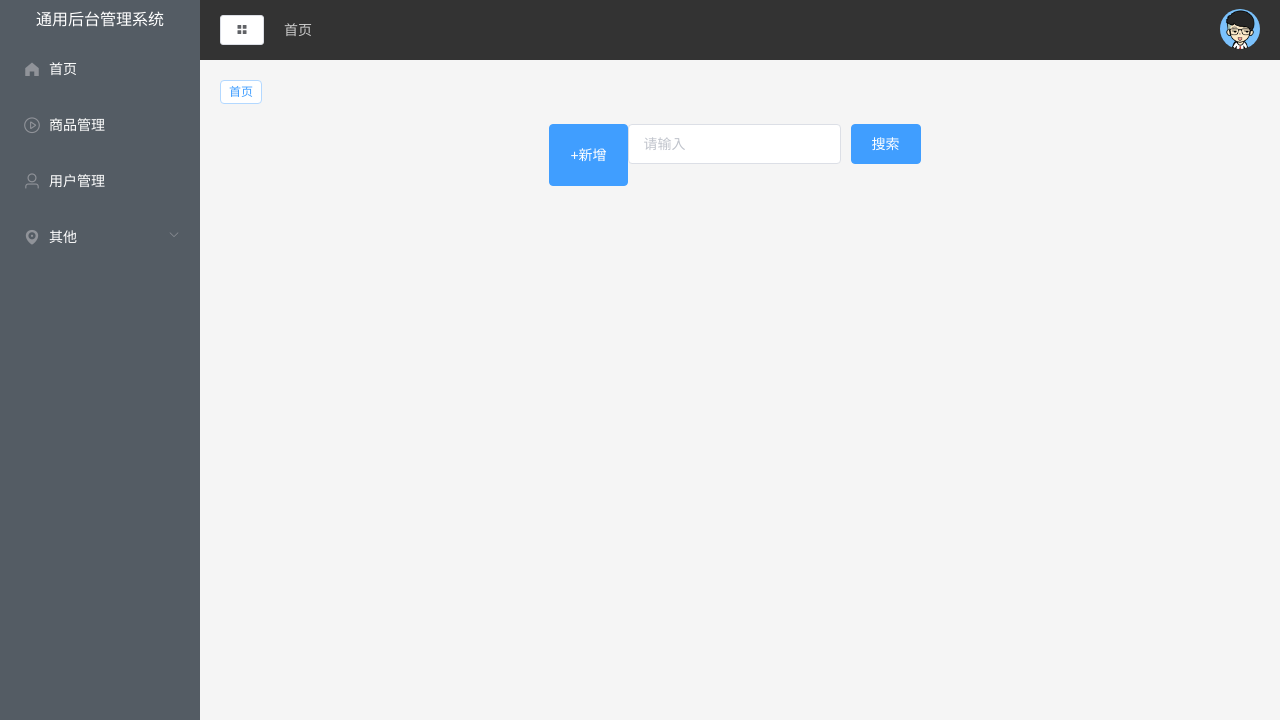
Repository: erwtt/git-demo
Page: /user (app in 后台管理系统/)
The author's editor kept a copy of each file at every save. The page is drawn from the files as they stood at one save, then again after the next save.
The browser window is 1280 px wide. The pictures show the whole page.
The project was rebuilt for these pictures with package versions that can differ from the ones it lists, and the page was loaded fresh each time. Also part of the build but not shown: 后台管理系统/vue.config.js.

Above is the page before, as saved 2022-05-15 23:17:59.

### 后台管理系统/src/main.js
import Vue from 'vue'
import App from './App.vue'
import{Container,Main,Header,Aside} from 'element-ui'
import ElementUI from 'element-ui';
import 'element-ui/lib/theme-chalk/index.css';
import router from './router'
import './assets/less/index.less'
import store from './store'
import http from 'axios'
import '../api/mock.js'
import echarts from 'echarts'
Vue.prototype.$echarts = echarts

Vue.config.productionTip = false
Vue.use(ElementUI)
// Vue.use(Container)
// Vue.use(Main)
// Vue.use(Header)
// Vue.use(Aside)
Vue.prototype.$http = http

new Vue({
  router,
  store,
  render: h => h(App),
}).$mount('#app')

### 后台管理系统/src/App.vue
<template>
  <div>
    <router-view></router-view>
  </div>
</template>

<script>

export default {
  name:'app',

}

</script>

<style>
  html,body{
    margin:0;
    padding: 0;
  }
</style>

### 后台管理系统/src/router/index.js
import Vue from 'vue'
import VueRouter from 'vue-router'
import Main from '../views/main.vue'

Vue.use(VueRouter)
const routes = [{
    path:'/',
    name:'Main',
    component:Main,
    children:[
        {
            path:'/home',
            name:'home',
            component:() => import('../views/home')
        },
        {
            path:'/user',
            name:'user',
            component:() => import('../views/user')
        },
        {
            path:'/mall',
            name:'mall',
            component:() => import('../views/mall')
        },
        {
            path:'/page1',
            name:'page1',
            component:() => import('../views/other/page1')
        },
        {
            path:'/page2',
            name:'page2',
            component:() => import('../views/other/page2')
        }
    ]
}]

export default new VueRouter({
    mode:'history',
    routes
})

### 后台管理系统/src/store/index.js
import Vue from 'vue'
import Vuex from 'vuex'
import tab from './tab'
Vue.use(Vuex)


export default new Vuex.Store({
    modules:{
        tab
    }
})

### 后台管理系统/api/mock.js
import Mock from 'mockjs'
import homeApi from './mockServeData/home.js'
import userApi from './mockServeData/user'

Mock.mock('/home/getData',homeApi.getStatisticalData)
Mock.mock(/user\/add/,'post',userApi.createUser)
Mock.mock(/user\/edit/,'post',userApi.updateUser)

### 后台管理系统/src/views/main.vue
<template>
  <el-container style="height: 100%">
    <el-aside width="auto">
      <common-aside></common-aside>
    </el-aside>
    <el-container>
      <el-header>
        <common-header></common-header>
      </el-header>
      <common-tag></common-tag>
      <el-main>
        <router-view></router-view>
      </el-main>
    </el-container>
  </el-container>

</template>

<script>
//import CommonHeaderVue from '@/components/CommonHeader.vue'
//import { component } from 'vue/types/umd'
import CommonAside from '../components/CommonAside.vue'
import CommonHeader from '../components/CommonHeader.vue'
import CommonTag from '../components/CommonTag.vue'
export default {
  name:'Home',
  data(){
    return{

    }
  },
  components:{
    CommonAside,
    CommonHeader,
    CommonTag
  }
}
</script>

<style lang='less' scoped>
  .el-header{
    background: #333;
  }
  .el-main{
    padding: 0;
  }
</style>

### 后台管理系统/src/views/user/index.vue
<template>
  <div class="manage">
     <el-dialog
        :title="operateType === 'add' ? '新增用户' : '更新用户'"
        :visible.sync="isShow"
      >
        <common-form
            :formLabel="operateFormLabel"
            :form="operateForm"
            :inline="true"
            ref="form"
        ></common-form>
        <div slot="footer" class="dialog-footer">
            <el-button @click="isShow = false">取消</el-button>
            <el-button type="primary" @click="confirm">确定</el-button>
        </div>
        </el-dialog>
        <div class="manage-header">
            <el-button type="primary" @click="addUser">+新增</el-button>
             <common-form
            :formLabel="formLabel"
            :form="searchForm"
            :inline="true"
            ref="form"
        >
            <el-button type="primary" @click="getList" >搜索</el-button>
        </common-form>
        </div>

  </div>
</template>

<script>
import CommonForm from '../../components/CommonForm.vue'
export default {
    name:'User',
    components:{
        CommonForm
    },
    data(){
        return{
            operateType:'add',
            isShow:false,
            operateFormLabel: [
                    {
                        model: 'name',
                        label: '姓名',
                        type: 'input'
                    },
                    {
                        model: 'age',
                        label: '年龄',
                        type: 'input'
                    },
                    {
                        model: 'sex',
                        label: '性别',
                        type: 'select',
                        opts: [
                            {
                                label: '男',
                                value: 1
                            },
                            {
                                label: '女',
                                value: 0
                            }
                        ]
                    },
                    {
                        model: 'birth',
                        label: '出生日期',
                        type: 'date'
                    },
                    {
                        model: 'addr',
                        label: '地址',
                        type: 'input'
                    }
                ],
                operateForm:{
                    name:'',
                    addr:'',
                    age:'',
                    birth:'',
                    sex:''
                },
                formLabel:[{
                    model:'keyword',
                    label:'',
                    type:'input'
                }],
                searchForm:{
                    keyword:''
                }
        }
    },
    methods: {
        confirm(){
            if(this.operateType === 'edit'){
                this.$http.post('/user/edit',this.operateForm).then(res =>{
                    this.isShow = false
                    console.log(res)
                })
            }
            else{
                this.$http.post('/user.add', this.operateForm).then(res => {
                    this.isShow = false
                     console.log(res)
                })
            }
        },
        addUser(){
            this.isShow = true;
            this.operateType = 'add'
            this.operateForm={
                    name:'',
                    addr:'',
                    age:'',
                    birth:'',
                    sex:''
            }
        },
        getList(){

        }
    },

}
</script>

<style lang="less" scoped>
.manage-header{
    display:flex;
    justify-content:center ;
}

</style>

### 后台管理系统/src/assets/less/home.less
.home {
    .user {
      display: flex;
      align-items: center;
      padding-bottom: 20px;
      margin-bottom: 20px;
      border-bottom: 1px solid #ccc;
      img {
        width: 150px;
        height: 150px;
        border-radius: 50%;
        margin-right: 40px;
      }
      &info {
        .name {
          font-size: 32px;
          margin-bottom: 10px;
        }
        .access {
          color: #999999;
        }
      }
    }
    .login-info {
      p {
        line-height: 28px;
        font-size: 14px;
        color: #999999;
        span {
          color: #666666;
          margin-left: 60px;
        }
      }
    }
    .num {
      display: flex;
      flex-wrap: wrap;
      justify-content: space-between;
      .el-card {
        width: 32%;
        margin-bottom: 20px;
      }
      .icon {
        font-size: 30px;
        width: 80px;
        height: 60px;
        text-align: center;
        line-height: 60px;
        color: #fff;
      }
      .detail {
        margin-left: 15px;
        display: flex;
        flex-direction: column;
        justify-content: center;
        .num {
          font-size: 30px;
          margin-bottom: 10px;
        }
        .txt {
          font-size: 14px;
          text-align: center;
          color: #999999;
        }
      }
    }
    .graph {
      margin-top: 20px;
      display: flex;
      justify-content: space-between;
      .el-card {
        width: 48%;
      }
    }
  }

### 后台管理系统/src/store/tab.js
//import request from '@/api'

export default{
    namespaced:true,
    state:{
        isCollapse: false,
        tabsList:[
            {
                path:'/home',
                name:'home',
                label:'首页',
                icon:'home'
            }
        ],
        currentMenu: null,
        login: {}
    },
    mutations:{
        collapseMenu(state){
            state.isCollapse = !state.isCollapse
        },
        selectMenu(state, val){
            if(val.name != 'home'){
                state.currentMenu = val
                const result = state.tabsList.findIndex(item => item.name === val.name)
                if(result === -1)
                    state.tabsList.push(val)
            }
            else{
                state.currentMenu = null
            }
        },
        closeTag(state, val){
            const result = state.tabsList.findIndex(item => item.name === val.name)
            if(result !== -1){
                state.tabsList.splice(result,1)
            }
        },
        // login(state, res){
        //     state.login = res
        // }
    },
    // actions:{
    //     login({commit}){
    //         request.login().then((res)=>{
    //             commit('login', res)
    //         })

    //     }
    // }
}

### 后台管理系统/api/mockServeData/home.js
// mock数据模拟
import Mock from 'mockjs'

// 图表数据
let List = []
export default {
  getStatisticalData: () => {
    //Mock.Random.float 产生随机数100到8000之间 保留小数 最小0位 最大0位
    for (let i = 0; i < 7; i++) {
      List.push(
        Mock.mock({
          苹果: Mock.Random.float(100, 8000, 0, 0),
          vivo: Mock.Random.float(100, 8000, 0, 0),
          oppo: Mock.Random.float(100, 8000, 0, 0),
          魅族: Mock.Random.float(100, 8000, 0, 0),
          三星: Mock.Random.float(100, 8000, 0, 0),
          小米: Mock.Random.float(100, 8000, 0, 0)
        })
      )
    }
    return {
      code: 20000,
      data: {
        // 饼图
        videoData: [
          {
            name: '小米',
            value: 2999
          },
          {
            name: '苹果',
            value: 5999
          },
          {
            name: 'vivo',
            value: 1500
          },
          {
            name: 'oppo',
            value: 1999
          },
          {
            name: '魅族',
            value: 2200
          },
          {
            name: '三星',
            value: 4500
          }
        ],
        // 柱状图
        userData: [
          {
            date: '周一',
            new: 5,
            active: 200
          },
          {
            date: '周二',
            new: 10,
            active: 500
          },
          {
            date: '周三',
            new: 12,
            active: 550
          },
          {
            date: '周四',
            new: 60,
            active: 800
          },
          {
            date: '周五',
            new: 65,
            active: 550
          },
          {
            date: '周六',
            new: 53,
            active: 770
          },
          {
            date: '周日',
            new: 33,
            active: 170
          }
        ],
        // 折线图
        orderData: {
          date: ['20191001', '20191002', '20191003', '20191004', '20191005', '20191006', '20191007'],
          data: List
        },
        tableData: [
          {
            name: 'oppo',
            todayBuy: 500,
            monthBuy: 3500,
            totalBuy: 22000
          },
          {
            name: 'vivo',
            todayBuy: 300,
            monthBuy: 2200,
            totalBuy: 24000
          },
          {
            name: '苹果',
            todayBuy: 800,
            monthBuy: 4500,
            totalBuy: 65000
          },
          {
            name: '小米',
            todayBuy: 1200,
            monthBuy: 6500,
            totalBuy: 45000
          },
          {
            name: '三星',
            todayBuy: 300,
            monthBuy: 2000,
            totalBuy: 34000
          },
          {
            name: '魅族',
            todayBuy: 350,
            monthBuy: 3000,
            totalBuy: 22000
          }
        ]
      }
    }
  }
}

### 后台管理系统/api/mockServeData/user.js
import Mock from 'mockjs'

// get请求从config.url获取参数，post从config.body中获取参数
function param2Obj (url) {
  const search = url.split('?')[1]
  if (!search) {
    return {}
  }
  return JSON.parse(
    '{"' +
    decodeURIComponent(search)
      .replace(/"/g, '\\"')
      .replace(/&/g, '","')
      .replace(/=/g, '":"') +
    '"}'
  )
}

let List = []
const count = 200

for (let i = 0; i < count; i++) {
  List.push(
    Mock.mock({
      id: Mock.Random.guid(),
      name: Mock.Random.cname(),
      addr: Mock.mock('@county(true)'),
      'age|18-60': 1,
      birth: Mock.Random.date(),
      sex: Mock.Random.integer(0, 1)
    })
  )
}

export default {
  /**
   * 获取列表
   * 要带参数 name, page, limt; name可以不填, page,limit有默认值。
   * @param name, page, limit
   * @return {{code: number, count: number, data: *[]}}
   */
  getUserList: config => {
    const { name, page = 1, limit = 20 } = param2Obj(config.url)
    console.log('name:' + name, 'page:' + page, '分页大小limit:' + limit)
    const mockList = List.filter(user => {
      if (name && user.name.indexOf(name) === -1 && user.addr.indexOf(name) === -1) return false
      return true
    })
    const pageList = mockList.filter((item, index) => index < limit * page && index >= limit * (page - 1))
    return {
      code: 20000,
      count: mockList.length,
      list: pageList
    }
  },
  /**
   * 增加用户
   * @param name, addr, age, birth, sex
   * @return {{code: number, data: {message: string}}}
   */
  createUser: config => {
    const { name, addr, age, birth, sex } = JSON.parse(config.body)
    console.log(JSON.parse(config.body))
    List.unshift({
      id: Mock.Random.guid(),
      name: name,
      addr: addr,
      age: age,
      birth: birth,
      sex: sex
    })
    return {
      code: 20000,
      data: {
        message: '添加成功'
      }
    }
  },
  /**
   * 删除用户
   * @param id
   * @return {*}
   */
  deleteUser: config => {
    const { id } = param2Obj(config.url)
    if (!id) {
      return {
        code: -999,
        message: '参数不正确'
      }
    } else {
      List = List.filter(u => u.id !== id)
      return {
        code: 20000,
        message: '删除成功'
      }
    }
  },
  /**
   * 批量删除
   * @param config
   * @return {{code: number, data: {message: string}}}
   */
  batchremove: config => {
    let { ids } = param2Obj(config.url)
    ids = ids.split(',')
    List = List.filter(u => !ids.includes(u.id))
    return {
      code: 20000,
      data: {
        message: '批量删除成功'
      }
    }
  },
  /**
   * 修改用户
   * @param id, name, addr, age, birth, sex
   * @return {{code: number, data: {message: string}}}
   */
  updateUser: config => {
    const { id, name, addr, age, birth, sex } = JSON.parse(config.body)
    const sex_num = parseInt(sex)
    List.some(u => {
      if (u.id === id) {
        u.name = name
        u.addr = addr
        u.age = age
        u.birth = birth
        u.sex = sex_num
        return true
      }
    })
    return {
      code: 20000,
      data: {
        message: '编辑成功'
      }
    }
  }
}

### 后台管理系统/src/components/CommonAside.vue
<template>
<div>
<!-- <el-radio-group v-model="isCollapse" style="margin-bottom: 20px;">
  <el-radio-button :label="false">展开</el-radio-button>
  <el-radio-button :label="true">收起</el-radio-button>
</el-radio-group> -->

  <el-menu
    default-active="1-4-1"
    class="el-menu-vertical-demo"
    @open="handleOpen"
    @close="handleClose"
    :collapse="isCollapse"
    background-color="#545c64"
    text-color='#fff'
    active-text-color='#ffd04b'
  >
    <h3>
        {{isCollapse ? '后台':'通用后台管理系统'}}
    </h3>
  <el-menu-item @click='clickMenu(item)' v-for='item in noChildren'  :index='item.path' :key='item.path'>
      <i :class='"el-icon-"+item.icon'></i>
      <span slot="title">{{item.label}}</span>
    </el-menu-item>
    <el-submenu v-for='item in hasChildren' :index='item.path' :key='item.path'>
      <template slot="title">
        <i :class="'el-icon-'+item.icon"></i>
        <span slot="title">{{item.label}}</span>
      </template>
      <el-menu-item-group  v-for='item2 in item.children' :key='item2.path'>

        <el-menu-item @click='clickMenu(item2)' :index="item2.path">{{item2.label}}</el-menu-item>


      </el-menu-item-group>


    </el-submenu>



  </el-menu>
  </div>
</template>

<style lang="less" scoped>
.el-menu-vertical-demo:not(.el-menu--collapse) {
  width: 200px;
  min-height: 400px;
}
.el-menu{


    height: 100vh;
    border:none;
         h3{
            color: #fff;
            text-align: center;
            line-height: 40px;
        }
}

</style>

<script>
//import {mapMutations,mapState} from 'vuex'
export default {
  data() {
    return {
      //isCollapse: false,
      menu:[
        {
          path: '/',
          name: 'home',
          label: '首页',
          icon: 's-home',
          url: 'Home/Home'
        },
        {
          path: '/mall',
          name: 'mall',
          label: '商品管理',
          icon: 'video-play',
          url: 'MallManage/MallManage'
        },
        {
          path: '/user',
          name: 'user',
          label: '用户管理',
          icon: 'user',
          url: 'UserManage/UserManage'
        },
        {
          label: '其他',
          icon: 'location',
          children: [
            {
              path: '/page1',
              name: 'page1',
              label: '页面1',
              icon: 'setting',
              url: 'Other/PageOne'
            },
            {
              path: '/page2',
              name: 'page2',
              label: '页面2',
              icon: 'setting',
              url: 'Other/PageTwo'
            }
          ],
        }
      ]
    };
  },
  methods: {
    handleOpen(key, keyPath) {
      console.log(key, keyPath);
    },
    handleClose(key, keyPath) {
      console.log(key, keyPath);
    },
    clickMenu(item){
        this.$router.push({
            name:item.name
        })
        this.$store.commit('tab/selectMenu',item)
    }
  },
  computed:{
      noChildren(){
          return this.menu.filter(item=> !item.children)
      },
      hasChildren(){
          return this.menu.filter(item => item.children)
      },

      isCollapse(){
        return this.$store.state.tab.isCollapse
      }
  }
};
</script>

### 后台管理系统/src/components/CommonHeader.vue
<template>
  <header>
      <div class='l-content'>
          <el-button @click="dropdownClick" plain icon='el-icon-menu' size='mini'></el-button>
          <!-- <h3 style="color:#fff">首页</h3> -->
          <el-breadcrumb separator="/">
            <el-breadcrumb-item style="color:#dfa" v-for='item in tags' :key='item.path' :to="{ path: item.path }">{{item.label}}</el-breadcrumb-item>

        </el-breadcrumb>
      </div>
      <div class='r-content'>
          <el-dropdown  trigger="click" size='mini'>
              <span>
                  <img class='user' :src="userImg" >
              </span>
            <el-dropdown-menu slot="dropdown">
              <el-dropdown-item>个人中心</el-dropdown-item>
              <el-dropdown-item>退出</el-dropdown-item>
            </el-dropdown-menu>
          </el-dropdown>

      </div>
  </header>
</template>

<script>
import {mapMutations,mapState} from 'vuex'
export default {
    name:'CommonHeader',
    data(){
        return{
            userImg:require('../assets/images/user.png')
        }
    },
    methods: {
        // dropdownClick(){
        //     this.$store.commit('collapseMenu')
        // }
        ...mapMutations('tab',{dropdownClick:'collapseMenu'})

    },
    computed:{
        ...mapState({
            tags:state => state.tab.tabsList
        })
    }
}
</script>

<style  lang='less' scoped>
    header{
        display: flex;
        height: 100%;
        justify-content: space-between;
        align-items:center ;
    }
    .l-content{
        display: flex;
        align-content: center;
        .el-button{
            margin-right:20px;
        }
        .el-breadcrumb {
            line-height: 30px;
        }
       .el-breadcrumb  /deep/  .el-breadcrumb__inner
      {
        color: #ccc !important;				//你想要设置的字体颜色
    }
    }
    .r-content{
        .user{
            width: 40px;
            height: 40px;
            border-radius:50%;
        }
    }
</style>

### 后台管理系统/src/components/CommonTag.vue
<template>
  <div class='tabs'>
      <el-tag size='small' v-for='(tag, index) in tags' :key="tag.name" :closable="tag.name !== 'home'"
      :effect="$route.name === tag.name ? 'dark' : 'plain'"
      @click="changeMenu(tag)"
      @close='handleClose(tag, index)'>
         {{tag.label}}
      </el-tag>
  </div>
</template>

<script>
import {mapState,mapMutations} from 'vuex'
export default {
    name:'CommonTag',
    data(){
        return {

        }
    },
    computed:{
        ...mapState({
            tags:state => state.tab.tabsList
        }
        )
    },
    methods: {
        changeMenu(item){
            this.$router.push({name: item.name})
        },
        handleClose(tag, index){
            const length = this.tags.length-1
            this.close(tag)
            if(tag.name !== this.$route.name)
            return;
            if(index === length){
                this.$router.push({
                    name:this.tags[index-1].name
                })
            }
            else{
                this.$router.push({
                    name:this.tags[index].name
                })
            }
        },
        ...mapMutations('tab',{close:'closeTag'})
    },
}
</script>

<style lang="less" scoped>
    .tabs{
        padding: 20px;
        .el-tag{
            margin-right: 15px;
            cursor: pointer;
        }
    }
</style>

### 后台管理系统/src/components/CommonForm.vue
<template>
  <el-form ref="form" label-width="100px" :model="form" :inline="inline">
    <el-form-item
      v-for="item in formLabel"
      :key="item.label"
      :label="item.label"
    >
      <el-input
        v-if="item.type === 'input'"
        :placeholder="'请输入' + item.label"
        v-model="form[item.model]"
      >
      </el-input>
      <el-switch v-if="item.type === 'switch'" v-model="form[item.model]">
      </el-switch>
      <el-date-picker
        v-if="item.type === 'date'"
        type="date"
        value-format="yyyy-MM-dd"
        placeholder="选择日期"
        v-model="form[item.model]"
      ></el-date-picker>
      <el-select
        v-if="item.type === 'select'"
        placeholder="请选择"
        v-model="form[item.model]"
      >
        <el-option
            v-for="item in item.opts"
            :key="item.value"
            :label="item.label"
            :value="item.value"
        ></el-option>
      </el-select>
    </el-form-item>
    <el-form-item><slot></slot></el-form-item>
  </el-form>
</template>

<script>
export default {
  name: "CommonForm",
  props: {
    formLabel: Array,
    form: Object,
    inline: Boolean,
  },
  data(){
      return{

      }
  }
};
</script>

<style>
</style>

Loaded but not shown: 后台管理系统/public/index.html (common file); 后台管理系统/src/assets/less/index.less (common file); 后台管理系统/src/assets/less/common.less (common file); 后台管理系统/src/assets/less/reset.less (common file)

After the next save:
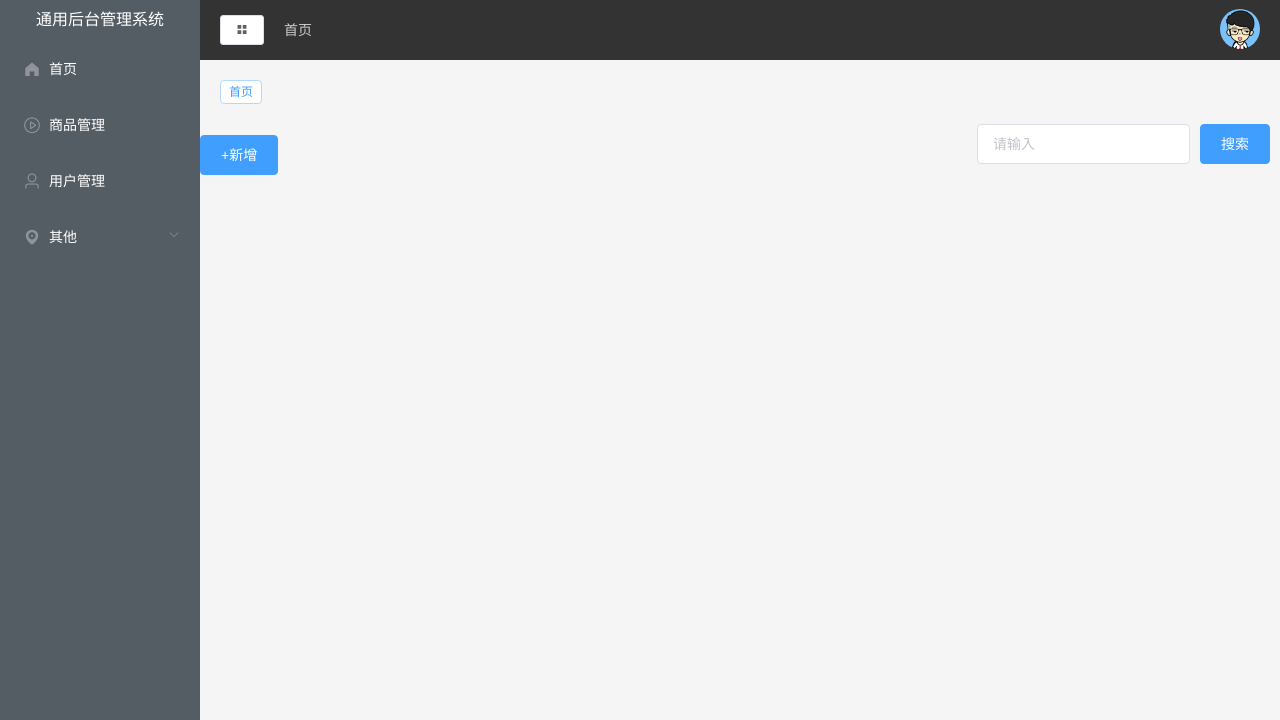
Saved 54 s later.
--- a/后台管理系统/src/views/user/index.vue
+++ b/后台管理系统/src/views/user/index.vue
@@ -132,7 +132,8 @@ export default {
 <style lang="less" scoped>
 .manage-header{
     display:flex;
-    justify-content:center ;
+    justify-content:space-between ;
+    align-items:center;
 }
 
 </style>
